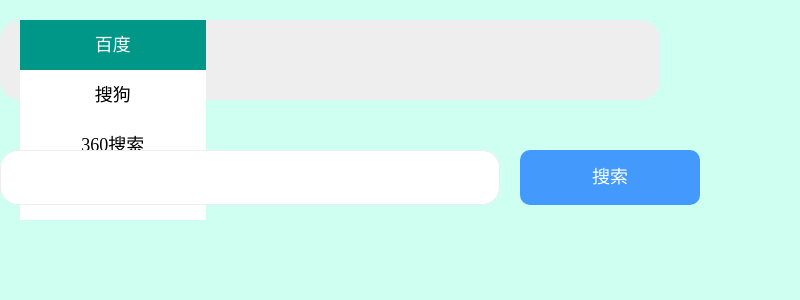
Repository: hellobz/duosousuoyinqing
Page: sousuo.html
An editor plug-in stored every save of this project. The page is shown before and after the next save, followed by the edit.
The browser window is 600 px wide. The page is 700 px wide, then 800 px, so the pictures cover 800 px, including what lies to the right of the window. The pictures show the whole page.
Some web libraries are served in a nearby version.

Above is the page before, as saved 2022-05-25 09:58:53.

After the next save:
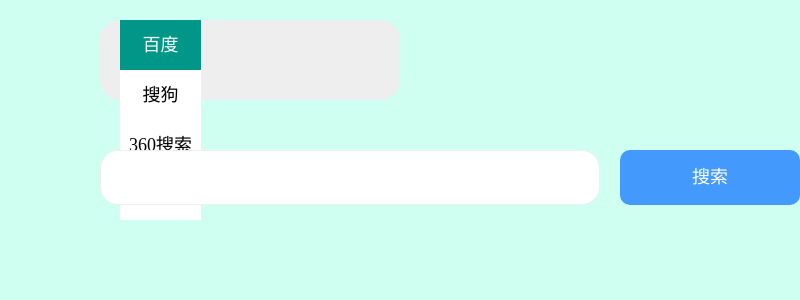
Saved 58 s later.
--- a/css/index.css
+++ b/css/index.css
@@ -76,9 +76,10 @@
 
 @media (max-width: 720px) {
     #wrap {
-
+        width: 400px;
     }
     #wrap ul.list {
         display: block;
+        width: 300px;
     }
 }
